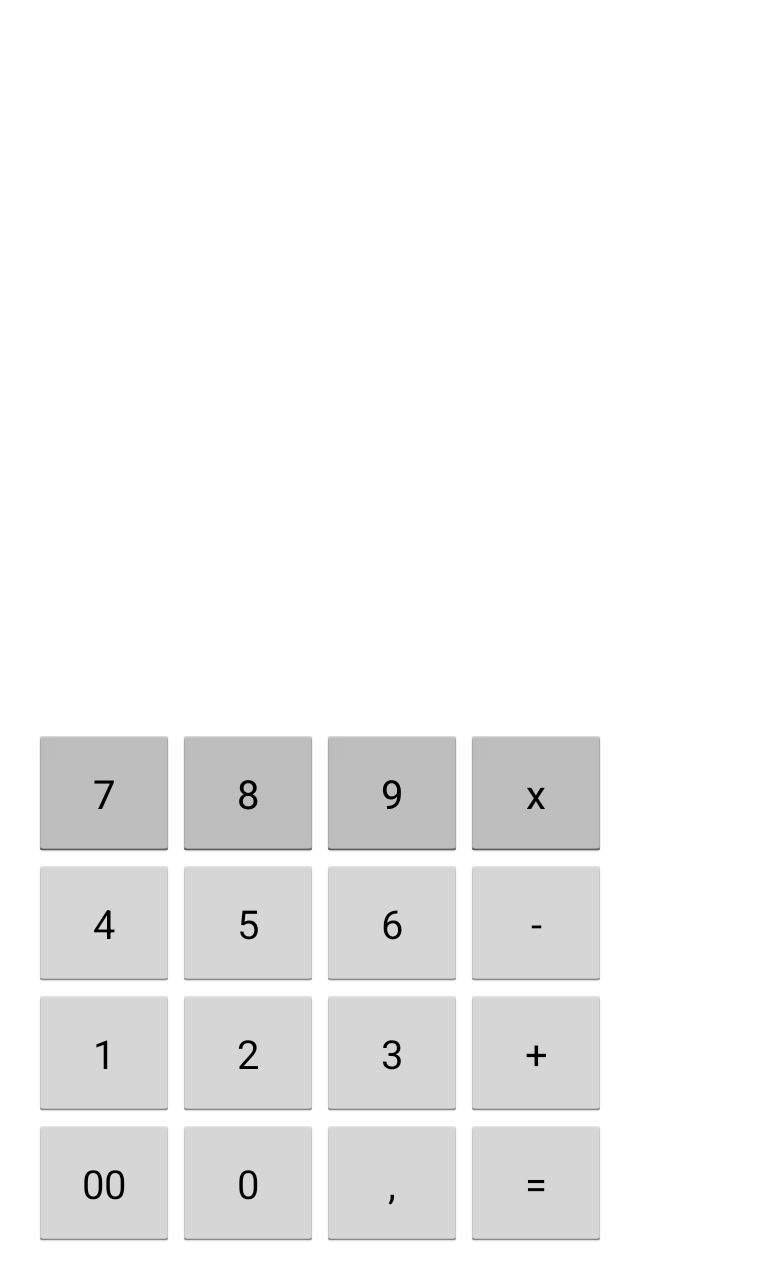
Repository: kisahtegar/mp_java_si6
Layout: MyCalculator/res/layout/activity_main.xml
These files come from the project's save history. The layout is drawn as it stood at one moment and after the next save; the edit follows.
It is drawn on a 768 x 1280 px phone screen (xhdpi) without system bars, with theme AppTheme; the app's code is not run.

Above is the layout before, as saved 2024-05-14 10:19:16.

### MyCalculator/res/layout/activity_main.xml
<RelativeLayout xmlns:android="http://schemas.android.com/apk/res/android"
    xmlns:tools="http://schemas.android.com/tools"
    android:layout_width="match_parent"
    android:layout_height="match_parent"
    android:paddingBottom="@dimen/activity_vertical_margin"
    android:paddingLeft="@dimen/activity_horizontal_margin"
    android:paddingRight="@dimen/activity_horizontal_margin"
    android:paddingTop="@dimen/activity_vertical_margin"
    tools:context=".MainActivity" >

    <!-- First Layer -->
    <Button
        android:id="@+id/btnDoubleZero"
        style="?android:attr/buttonStyleSmall"
        android:layout_width="72dp"
        android:layout_height="65dp"
        android:layout_alignParentBottom="true"
        android:layout_alignParentLeft="true"
        android:text="00"
        android:textSize="20sp" />

    <Button
        android:id="@+id/btnZero"
        style="?android:attr/buttonStyleSmall"
        android:layout_width="72dp"
        android:layout_height="65dp"
        android:layout_alignParentBottom="true"
        android:layout_toRightOf="@+id/btnDoubleZero"
        android:text="0"
        android:textSize="20sp" />

    <Button
        android:id="@+id/btnComma"
        style="?android:attr/buttonStyleSmall"
        android:layout_width="72dp"
        android:layout_height="65dp"
        android:layout_alignParentBottom="true"
        android:layout_toRightOf="@+id/btnZero"
        android:text=","
        android:textSize="20sp" />

    <Button
        android:id="@+id/btnEqual"
        style="?android:attr/buttonStyleSmall"
        android:layout_width="72dp"
        android:layout_height="65dp"
        android:layout_alignParentBottom="true"
        android:layout_toRightOf="@+id/btnComma"
        android:text="="
        android:textSize="20sp" />

    <!-- Second Layer -->
    <Button
        android:id="@+id/btnOne"
        style="?android:attr/buttonStyleSmall"
        android:layout_width="72dp"
        android:layout_height="65dp"
        android:layout_above="@+id/btnDoubleZero"
        android:layout_alignParentLeft="true"
        android:text="1"
        android:textSize="20sp" />

    <Button
        android:id="@+id/btnTwo"
        style="?android:attr/buttonStyleSmall"
        android:layout_width="72dp"
        android:layout_height="65dp"
        android:layout_above="@+id/btnZero"
        android:layout_toRightOf="@+id/btnOne"
        android:text="2"
        android:textSize="20sp" />

    <Button
        android:id="@+id/btnThree"
        style="?android:attr/buttonStyleSmall"
        android:layout_width="72dp"
        android:layout_height="65dp"
        android:layout_above="@+id/btnComma"
        android:layout_toRightOf="@+id/btnTwo"
        android:text="3"
        android:textSize="20sp" />

    <Button
        android:id="@+id/btnPlus"
        style="?android:attr/buttonStyleSmall"
        android:layout_width="72dp"
        android:layout_height="65dp"
        android:layout_above="@+id/btnEqual"
        android:layout_toRightOf="@+id/btnThree"
        android:text="+"
        android:textSize="20sp" />

    <!-- Third Layer -->
    <Button
        android:id="@+id/btnFour"
        style="?android:attr/buttonStyleSmall"
        android:layout_width="72dp"
        android:layout_height="65dp"
        android:layout_above="@+id/btnOne"
        android:layout_alignParentLeft="true"
        android:text="4"
        android:textSize="20sp" />

    <Button
        android:id="@+id/btnFive"
        style="?android:attr/buttonStyleSmall"
        android:layout_width="72dp"
        android:layout_height="65dp"
        android:layout_above="@+id/btnTwo"
        android:layout_toRightOf="@+id/btnFour"
        android:text="5"
        android:textSize="20sp" />

    <Button
        android:id="@+id/btnSix"
        style="?android:attr/buttonStyleSmall"
        android:layout_width="72dp"
        android:layout_height="65dp"
        android:layout_above="@+id/btnThree"
        android:layout_toRightOf="@+id/btnFive"
        android:text="6"
        android:textSize="20sp" />

    <Button
        android:id="@+id/btnMinus"
        style="?android:attr/buttonStyleSmall"
        android:layout_width="72dp"
        android:layout_height="65dp"
        android:layout_above="@+id/btnPlus"
        android:layout_toRightOf="@+id/btnSix"
        android:text="-"
        android:textSize="20sp" />

    <!-- Fourth Layer -->
    <Button
        android:id="@+id/btnSeven"
        style="?android:attr/buttonStyleSmall"
        android:layout_width="72dp"
        android:layout_height="65dp"
        android:layout_above="@+id/btnFour"
        android:layout_alignParentLeft="true"
        android:text="7"
        android:textSize="20sp" />

    <Button
        android:id="@+id/btnEight"
        style="?android:attr/buttonStyleSmall"
        android:layout_width="72dp"
        android:layout_height="65dp"
        android:layout_above="@+id/btnFive"
        android:layout_toRightOf="@+id/btnSeven"
        android:text="8"
        android:textSize="20sp" />

    <Button
        android:id="@+id/btnNine"
        style="?android:attr/buttonStyleSmall"
        android:layout_width="72dp"
        android:layout_height="65dp"
        android:layout_above="@+id/btnSix"
        android:layout_toRightOf="@+id/btnEight"
        android:text="9"
        android:textSize="20sp" />

    <Button
        android:id="@+id/btnMultiple"
        style="?android:attr/buttonStyleSmall"
        android:layout_width="72dp"
        android:layout_height="65dp"
        android:layout_above="@+id/btnMinus"
        android:layout_toRightOf="@+id/btnNine"
        android:text="x"
        android:textSize="20sp" />

    <!-- Five Layer -->
    <Button
        android:id="@+id/btnSeven"
        style="?android:attr/buttonStyleSmall"
        android:layout_width="72dp"
        android:layout_height="65dp"
        android:layout_above="@+id/btnFour"
        android:layout_alignParentLeft="true"
        android:text="7"
        android:textSize="20sp" />

    <Button
        android:id="@+id/btnEight"
        style="?android:attr/buttonStyleSmall"
        android:layout_width="72dp"
        android:layout_height="65dp"
        android:layout_above="@+id/btnFive"
        android:layout_toRightOf="@+id/btnSeven"
        android:text="8"
        android:textSize="20sp" />

    <Button
        android:id="@+id/btnNine"
        style="?android:attr/buttonStyleSmall"
        android:layout_width="72dp"
        android:layout_height="65dp"
        android:layout_above="@+id/btnSix"
        android:layout_toRightOf="@+id/btnEight"
        android:text="9"
        android:textSize="20sp" />

    <Button
        android:id="@+id/btnMultiple"
        style="?android:attr/buttonStyleSmall"
        android:layout_width="72dp"
        android:layout_height="65dp"
        android:layout_above="@+id/btnMinus"
        android:layout_toRightOf="@+id/btnNine"
        android:text="x"
        android:textSize="20sp" />

</RelativeLayout>

Loaded but not shown: MyCalculator/res/values/styles.xml (common file); MyCalculator/res/values-v11/styles.xml (common file); MyCalculator/res/values-v14/styles.xml (common file); MyCalculator/res/values/dimens.xml (common file)

After the next save:
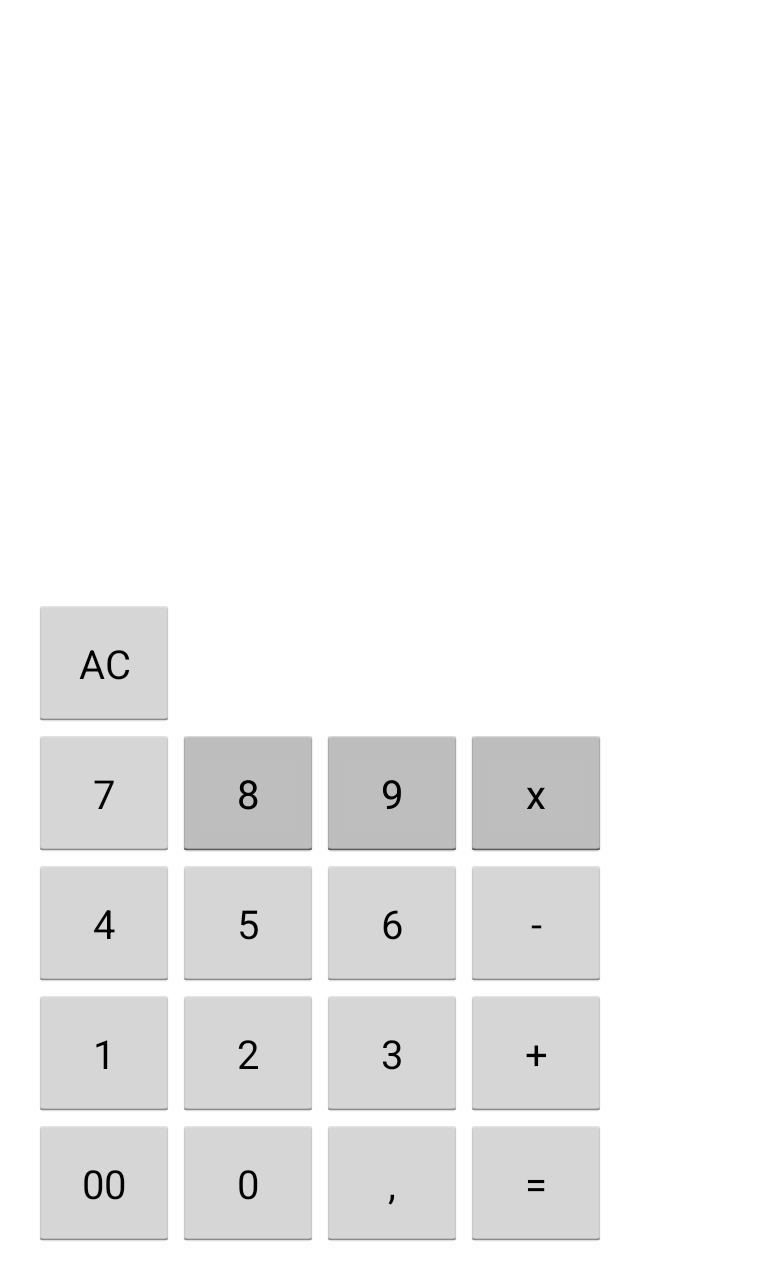
Saved 25 s later.
--- a/MyCalculator/res/layout/activity_main.xml
+++ b/MyCalculator/res/layout/activity_main.xml
@@ -174,13 +174,13 @@
 
     <!-- Five Layer -->
     <Button
-        android:id="@+id/btnSeven"
-        style="?android:attr/buttonStyleSmall"
-        android:layout_width="72dp"
-        android:layout_height="65dp"
-        android:layout_above="@+id/btnFour"
-        android:layout_alignParentLeft="true"
-        android:text="7"
+        android:id="@+id/btnClearAll"
+        style="?android:attr/buttonStyleSmall"
+        android:layout_width="72dp"
+        android:layout_height="65dp"
+        android:layout_above="@+id/btnSeven"
+        android:layout_alignParentLeft="true"
+        android:text="AC"
         android:textSize="20sp" />
 
     <Button
